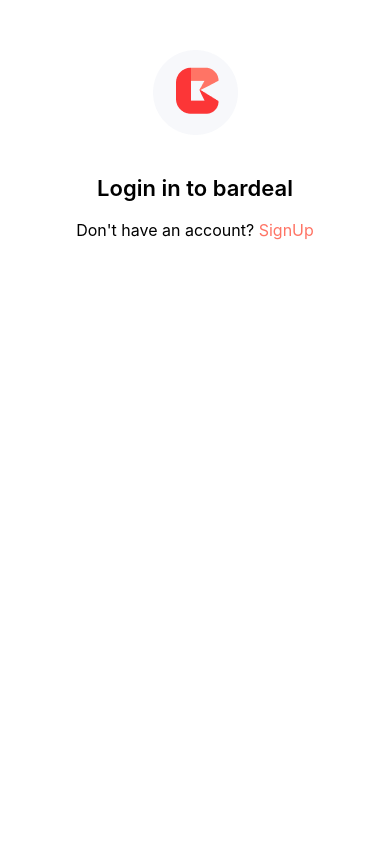
Repository: krunallogisticinfotech/bardealapp-clone
Screen: /
The author's editor kept a copy of each file at every save. The screen is drawn from the files as they stood at one save, then again after a run of saves.
The app was drawn by React Native's web renderer in a window 390 px wide. The project was rebuilt for these pictures with package versions that can differ from the ones it lists, and the page was loaded fresh each time.

Above is the screen before, as saved 2021-10-21 18:44:47.

### App.js
import React from 'react';
import Loginscreen from './screens/Loginscreen';

const App = () => {
  return (
    <>
      <Loginscreen />
    </>
  );
};

export default App;

### screens/Loginscreen.js
import React from 'react';
import {Text, View, SafeAreaView, Image, StyleSheet} from 'react-native';
import Logo from '../assets/Logo.png';
import FacebookIcon from 'react-native-vector-icons/Entypo';
import GoogleIcon from 'react-native-vector-icons/Entypo';
import AppleIcon from 'react-native-vector-icons/FontAwesome';

const Loginscreen = () => {
  return (
    <SafeAreaView>
      <View style={styles.container}>
        <Image style={styles.applogo} source={Logo} />
        <Text style={styles.logoHeading}>Login in to bardeal</Text>
        <Text style={styles.accountText}>
          Don't have an account?
          <Text onPress={console.log('Singup')} style={styles.signupText}>
            {' '}
            SignUp
          </Text>
        </Text>
        <View style={styles.socialIconContainer}>
          <FacebookIcon
            name="facebook-with-circle"
            color="#fff"
            size={40}
            style={styles.facebookIcon}
          />
          <GoogleIcon
            name="google--with-circle"
            color="#fff"
            size={40}
            style={styles.googleIcon}
          />
          <AppleIcon
            name="apple"
            color="#fff"
            size={40}
            style={styles.appleIcon}
          />
        </View>
      </View>
    </SafeAreaView>
  );
};

const styles = StyleSheet.create({
  container: {
    flex: 1,
    alignItems: 'center',
  },
  applogo: {
    marginTop: 50,
  },
  logoHeading: {
    fontSize: 22,
    height: 25,
    fontWeight: '600',
    marginTop: 40,
  },
  accountText: {
    fontSize: 16,
    height: 20,
    marginTop: 20,
  },
  signupText: {
    color: '#FF7465',
    height: 20,
  },
  socialIconContainer:{
    flex: 3,
    flexDirection:'row',
  },
  facebookIcon:{
    height: 50,
  },
  googleIcon:{
    height: 50,
  },
  appleIcon:{
    height: 50,
  },
});

export default Loginscreen;

After the next 4 saves:
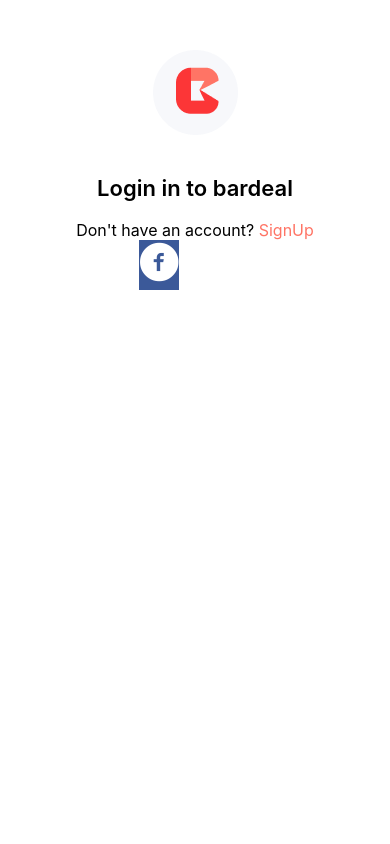
The 4 saves are shown as one change because 2 did not build or start and some came seconds apart.
The last was saved 27 s later.
--- a/screens/Loginscreen.js
+++ b/screens/Loginscreen.js
@@ -72,6 +72,7 @@
   },
   facebookIcon:{
     height: 50,
+    backgroundColor:'#3B5999',
   },
   googleIcon:{
     height: 50,

After the save that followed:
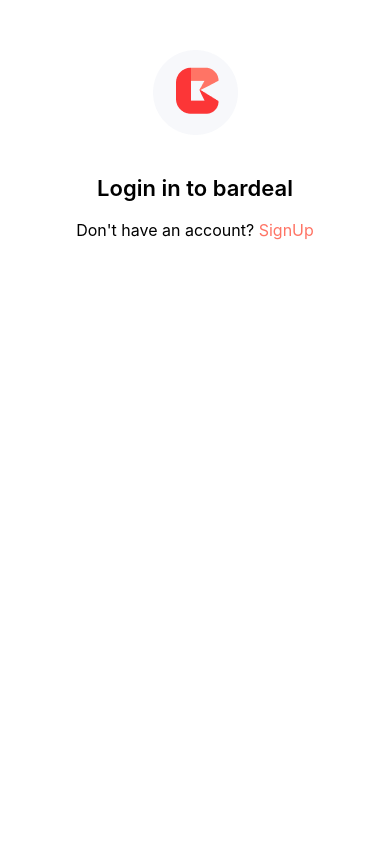
Saved 15 s later.
--- a/screens/Loginscreen.js
+++ b/screens/Loginscreen.js
@@ -72,7 +72,7 @@
   },
   facebookIcon:{
     height: 50,
-    backgroundColor:'#3B5999',
+
   },
   googleIcon:{
     height: 50,
